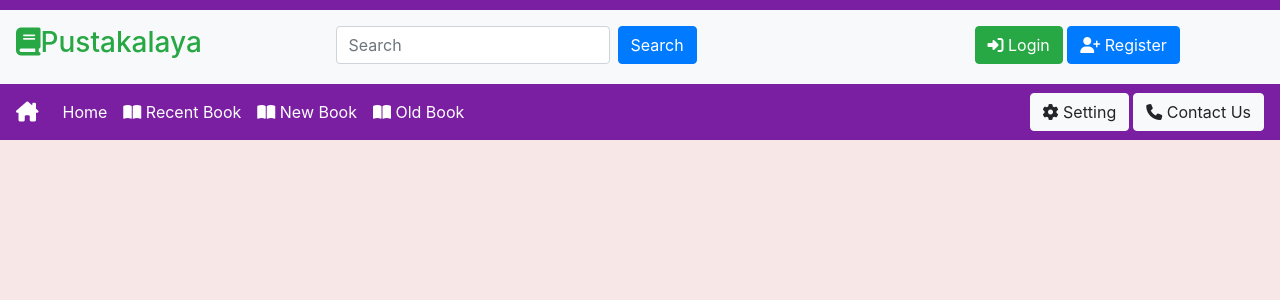
Repository: kalaprabhakar/Pustakalay_Web_Application
Page: http://localhost/E_Book_Management/order.jsp
These files come from the project's save history. The page is drawn as it stood at one moment and after the next save; the edit follows.
The browser window is 1280 px wide. The pictures show the whole page.
Some web libraries are served in a nearby version. The page is served by Tomcat 10.

Above is the page before, as saved 2024-02-28 15:02:41.

After the next save:
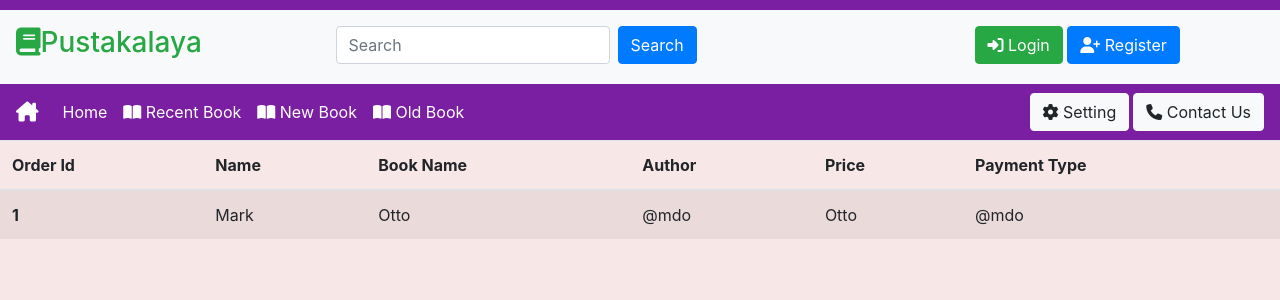
Saved 3 min 0 s later.
--- a/E_Book_Management/src/main/webapp/order.jsp
+++ b/E_Book_Management/src/main/webapp/order.jsp
@@ -9,6 +9,29 @@
 </head>
 <body style="background-color: #f7e7e6">
 	<%@ include file="all_component/navbar.jsp"%>
+	<table class="table table-striped">
+  <thead>
+    <tr>
+      <th scope="col">Order Id</th>
+      <th scope="col">Name</th>
+      <th scope="col">Book Name</th>
+      <th scope="col">Author</th>
+      <th scope="col">Price</th>
+      <th scope="col">Payment Type</th>
+    </tr>
+  </thead>
+  <tbody>
+    <tr>
+      <th scope="row">1</th>
+      <td>Mark</td>
+      <td>Otto</td>
+      <td>@mdo</td>
+       <td>Otto</td>
+      <td>@mdo</td>
+    </tr>
+
+  </tbody>
+</table>
 
 </body>
 </html>
